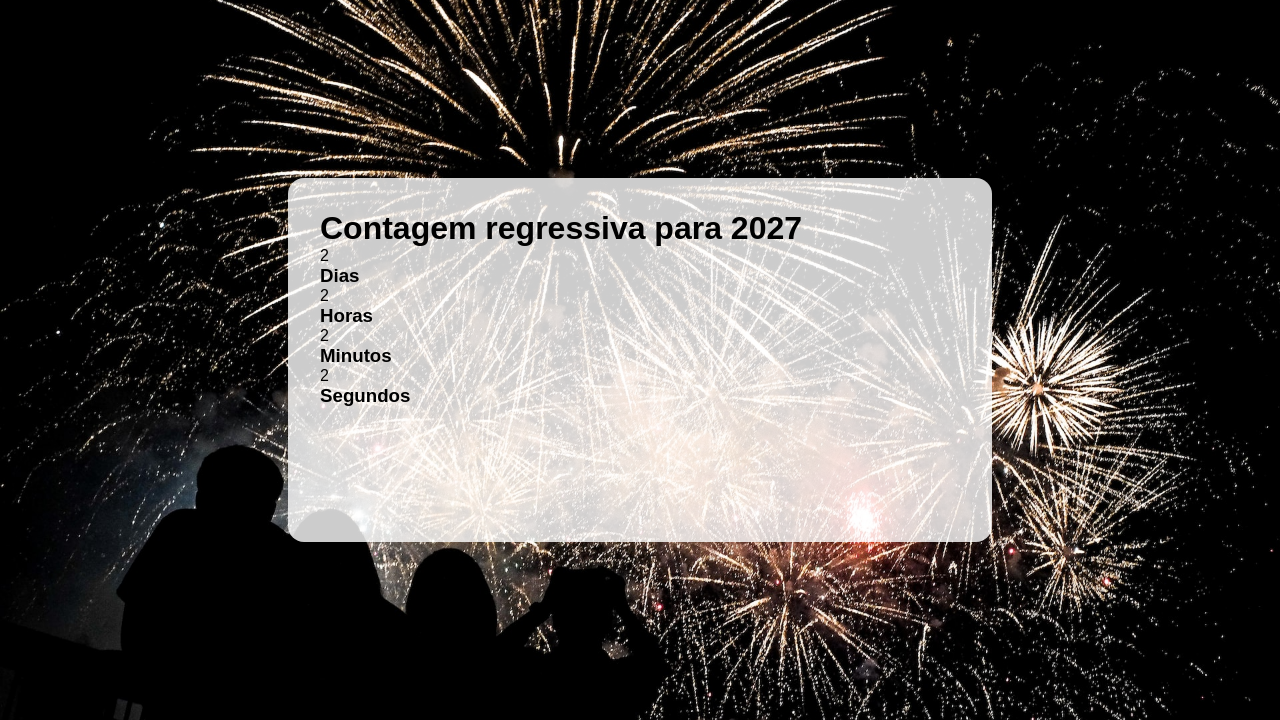
Repository: Bitroia/countdown_timer
Page: / (app in countdown/)
These files come from the project's save history. The page is drawn as it stood at one moment and after a run of saves; the edit follows.
The browser window is 1280 px wide. The pictures show the whole page.
The project was rebuilt for these pictures with package versions that can differ from the ones it lists, and the page was loaded fresh each time. Also part of the build but not shown: countdown/vite.config.js.

Above is the page before, as saved 2026-07-07 19:07:55.

After the next 4 saves:
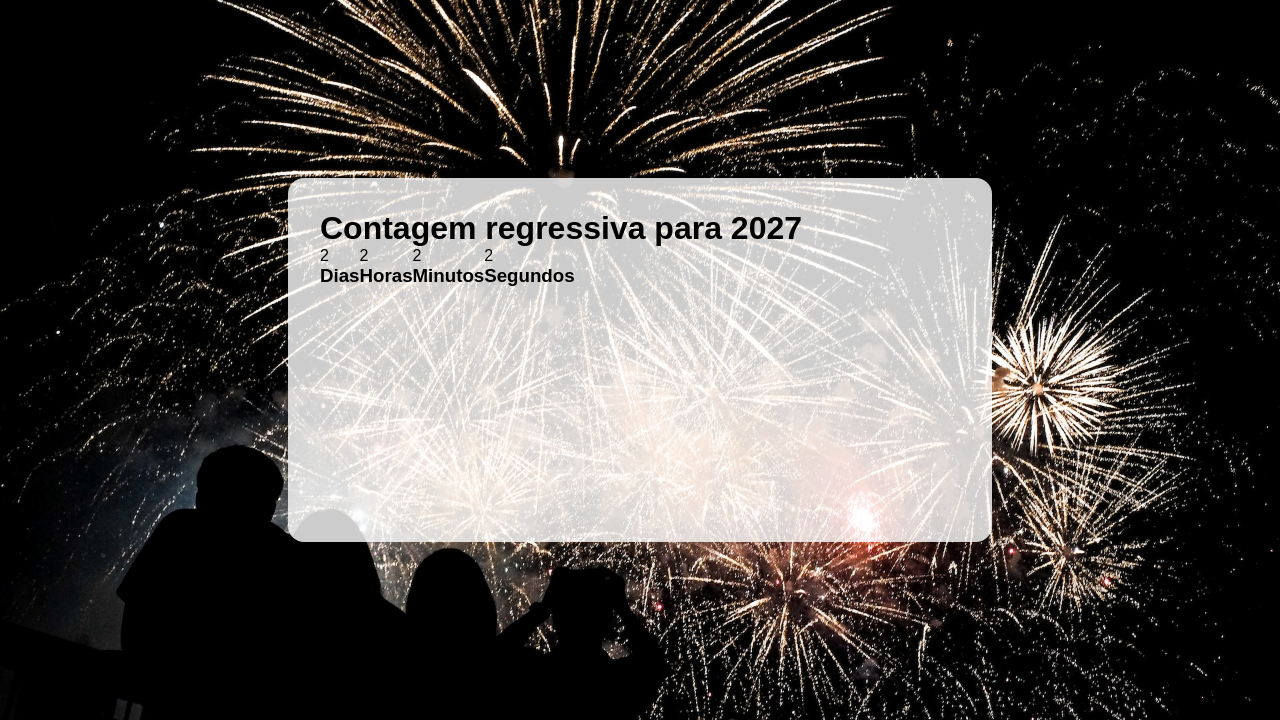
The 4 saves are shown as one change because they came seconds apart.
The last was saved 10 s later.
--- a/countdown/src/App.css
+++ b/countdown/src/App.css
@@ -15,4 +15,6 @@
   border-radius: 1rem;
 }
 
-.c
+.countdown-container{
+    display: flex;
+}
